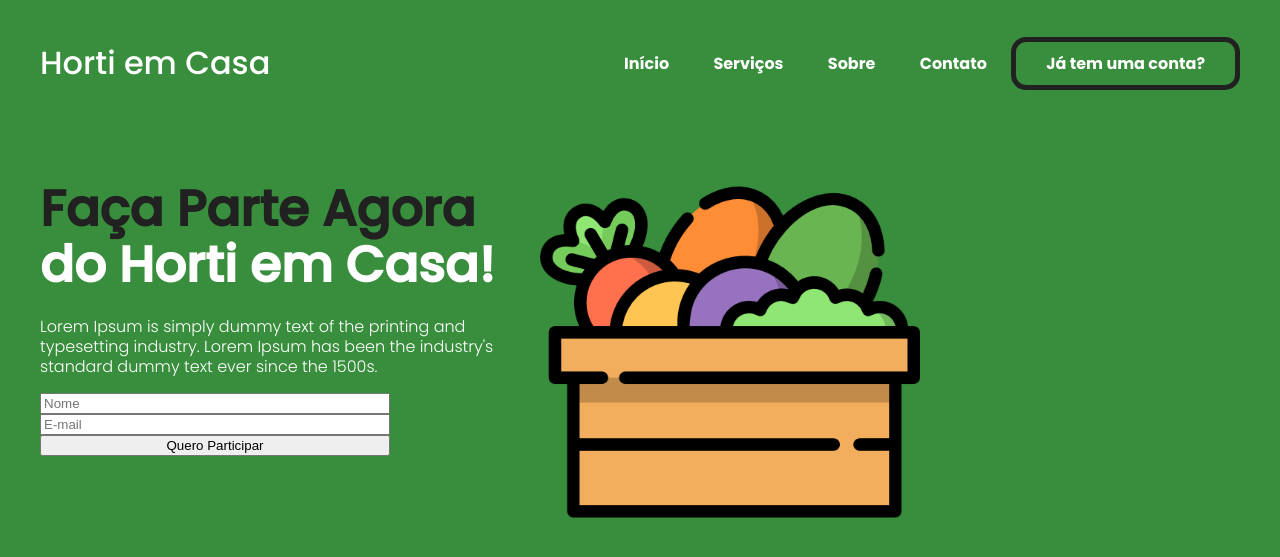
Repository: gabrielcastroo/horti-em-casa
Page: index.html
An editor plug-in stored every save of this project. The page is shown before and after the next save, followed by the edit.
The browser window is 1280 px wide. The pictures show the whole page.

Above is the page before, as saved 2022-04-13 10:32:58.

### index.html
<!DOCTYPE html>
<html lang="en">
<head>
    <meta charset="UTF-8">
    <meta http-equiv="X-UA-Compatible" content="IE=edge">
    <link href="styles/style.css" rel="stylesheet">
    <link href="styles/fonts.css" rel="stylesheet">
    <title>Horti em Casa</title>
</head>
<body>
    <header>
        <div>
            <h1>
                Horti em Casa
            </h1>
        </div>

        <ul>
            <a href="#"><li>Início</li></a>
            <a href="#"><li>Serviços</li></a>
            <a href="#"><li>Sobre</li></a>
            <a href="#"><li>Contato</li></a>
            <a href="#" id="inscrever"><li>Já tem uma conta?</li></a>
        </ul>
    </header>

    <main>
        <aside>
            <h2>
                <span>
                    Faça Parte Agora
                </span>
            </h2>
            <h2>
                do Horti em Casa!
            </h2>
            <p>
                Lorem Ipsum is simply dummy text of the printing and typesetting industry. Lorem Ipsum has been the industry's standard dummy text ever since the 1500s.
            </p>
            <form>
                <input type = "text" placeholder = "Nome">
                <input type = "email" placeholder = "E-mail">
                <input type = "submit" value = "Quero Participar">
            </form>
        </aside>

        <article>
            <img src="components/images/legumes.png" alt = "legumes">
        </article>
    </main>

</body>
</html>

### styles/style.css
body{
    /* background-color: rgba(#388E3C); */
    background-color: rgb(56, 142, 60);
    color: white;
    font-family: poppinsregular;
    max-Width: 1200px;
    margin: 0 auto;
    padding: 15px;
}

header {
    display: flex; /* disposição dos elementos*/
    flex-direction: row;
    justify-content: space-between;
    align-items: center;

}

#title {
    flex-direction: column;
    line-height: 10px;

}

li{
    display: inline-block;
    margin: 20px;
}

a{
    color: white;
    font-family: poppinsbold;
}

a:hover {
    color: rgb(33, 33, 33);
    transition: 0.3s all;
}

#inscrever {
    border: 5px solid rgb(33, 33, 33);
    padding:10px;
    border-radius: 15px;
}

#inscrever:hover {
    background-color: rgb(33, 33, 33);
    color: white;
}

h1 {
    font-weight: 400;
    font-family: poppinsmedium;
}

h2{
    font-size: 50px;
    line-height: 15px;
    font-family: poppinsmedium;
}

main {
    display: flex; /* disposição dos elementos*/
    flex-direction: row;
    margin-top: 50px;
}

span{
    color: rgb(33, 33, 33)
}

p{
    line-height: 20px;
    max-width: 500px;
    font-family: poppinslight;
}

img {
    width: 380px;
}

form {
    display: flex;
    flex-direction: column;
    width: 70%;
}

### styles/fonts.css
@font-face {
    font-family: 'poppinsblack';
    src: url('../components/fonts/poppins-black-webfont.woff2') format('woff2'),
         url('../components/fonts/poppins-black-webfont.woff') format('woff');
    font-weight: normal;
    font-style: normal;

  }




  @font-face {
    font-family: 'poppinsbold';
    src: url('../components/fonts/poppins-bold-webfont.woff2') format('woff2'),
         url('../components/fonts/poppins-bold-webfont.woff') format('woff');
    font-weight: normal;
    font-style: normal;

  }


  @font-face {
    font-family: 'poppinslight';
    src: url('../components/fonts/poppins-light-webfont.woff2') format('woff2'),
         url('../components/fonts/poppins-light-webfont.woff') format('woff');
    font-weight: normal;
    font-style: normal;

  }


  @font-face {
    font-family: 'poppinsmedium';
    src: url('../components/fonts/poppins-medium-webfont.woff2') format('woff2'),
         url('../components/fonts/poppins-medium-webfont.woff') format('woff');
    font-weight: normal;
    font-style: normal;

  }

  @font-face {
    font-family: 'poppinsregular';
    src: url('../components/fonts/poppins-regular-webfont.woff2') format('woff2'),
         url('../components/fonts/poppins-regular-webfont.woff') format('woff');
    font-weight: normal;
    font-style: normal;

  }

  @font-face {
    font-family: 'poppinssemibold';
    src: url('../components/fonts/poppins-semibold-webfont.woff2') format('woff2'),
         url('../components/fonts/poppins-semibold-webfont.woff') format('woff');
    font-weight: normal;
    font-style: normal;

  }

After the next save:
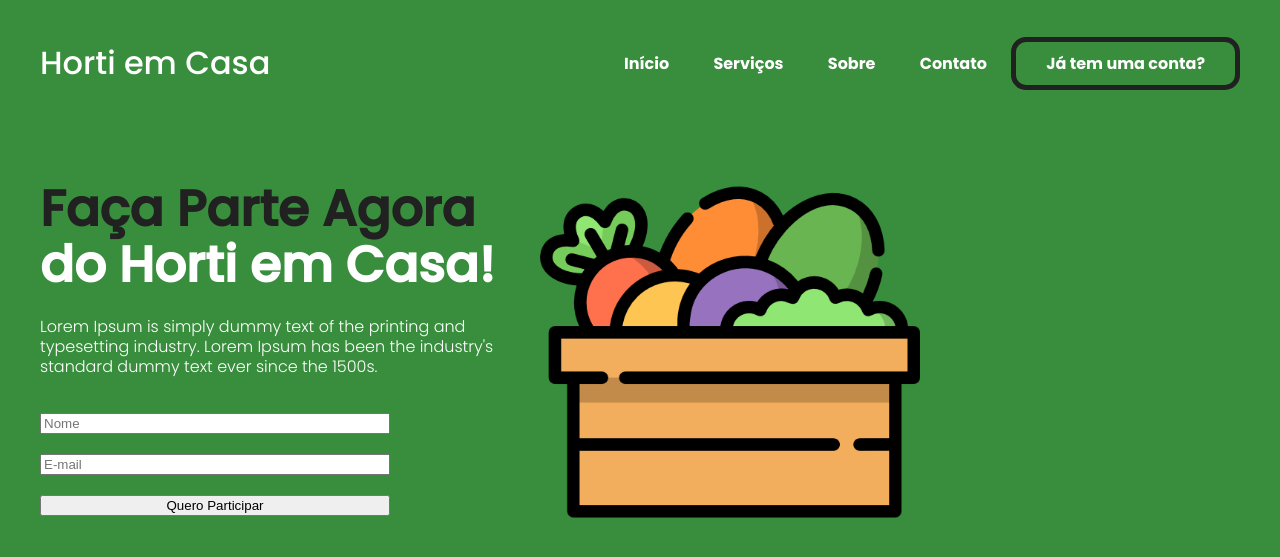
Saved 29 s later.
--- a/styles/style.css
+++ b/styles/style.css
@@ -84,3 +84,7 @@
     flex-direction: column;
     width: 70%;
 }
+
+input {
+    margin-top: 20px;
+}
